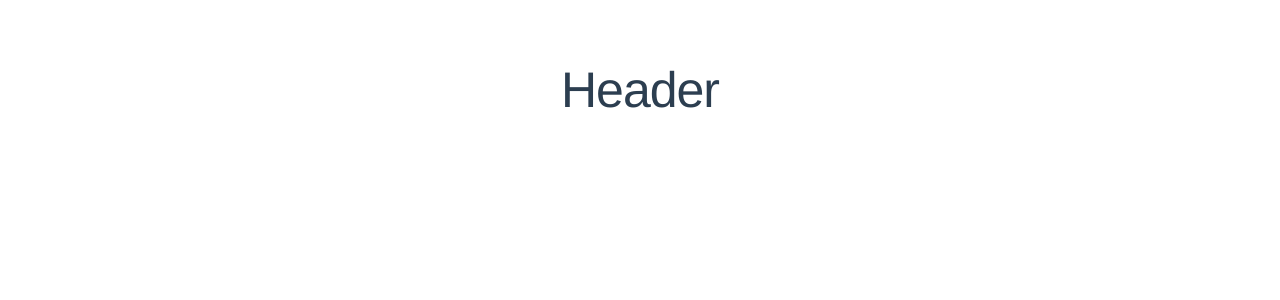
Repository: chsvk/Vue-JS-Course
Page: /
The author's editor kept a copy of each file at every save. The page is drawn from the files as they stood at one save, then again after the next save.
The browser window is 1280 px wide. The pictures show the whole page.
The project was rebuilt for these pictures with package versions that can differ from the ones it lists, and the page was loaded fresh each time.

Above is the page before, as saved 2019-03-12 19:29:07.

### public/index.html
<!DOCTYPE html>
<html lang="en">
  <head>
    <meta charset="utf-8">
    <meta http-equiv="X-UA-Compatible" content="IE=edge">
    <meta name="viewport" content="width=device-width,initial-scale=1.0">
    <link rel="icon" href="<%= BASE_URL %>favicon.ico">
    <link rel="stylesheet" href="https://cdnjs.cloudflare.com/ajax/libs/skeleton/2.0.4/skeleton.min.css">
    <title>testproject</title>
  </head>
  <body>
    <noscript>
      <strong>We're sorry but testproject doesn't work properly without JavaScript enabled. Please enable it to continue.</strong>
    </noscript>
    <div id="app"></div>
    <!-- built files will be auto injected -->
  </body>
</html>

### src/App.vue
<template>
  <div id="app">
    <h1>Header</h1>
    <header/>
  </div>
</template>

<script>

import Header from './components/Header'
export default {
  name: 'app',
  components:{
    Header
  }
}
</script>

<style lang="scss">
#app {
  font-family: 'Avenir', Helvetica, Arial, sans-serif;
  -webkit-font-smoothing: antialiased;
  -moz-osx-font-smoothing: grayscale;
  text-align: center;
  color: #2c3e50;
  margin-top: 60px;
}
</style>

### src/components/Header.vue
<template>
    <div class="header">
        <h1>Hello</h1>
        <ul>
            <li>Home</li>
            <li>About</li>
            <li>Login</li>
        </ul>
    </div>
</template>

<script>
export default {

}
</script>

<style>

</style>

Loaded but not shown: src/main.js (common file)

After the next save:
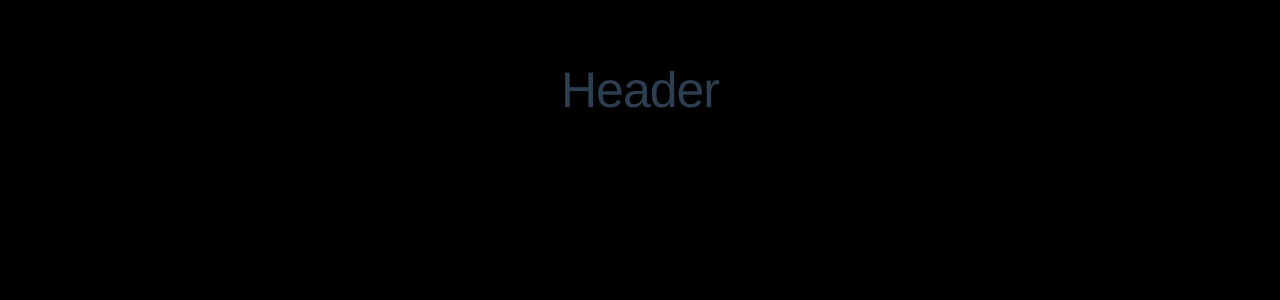
Saved 22 s later.
--- a/src/components/Header.vue
+++ b/src/components/Header.vue
@@ -16,5 +16,7 @@
 </script>
 
 <style>
-
+*{
+    background: black;
+}
 </style>

After the save that followed:
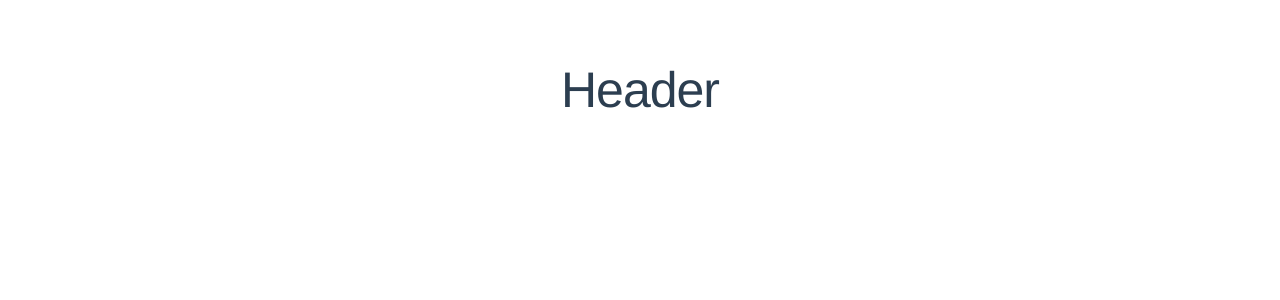
Saved 6 s later.
--- a/src/components/Header.vue
+++ b/src/components/Header.vue
@@ -15,7 +15,7 @@
 }
 </script>
 
-<style>
+<style scoped>
 *{
     background: black;
 }
